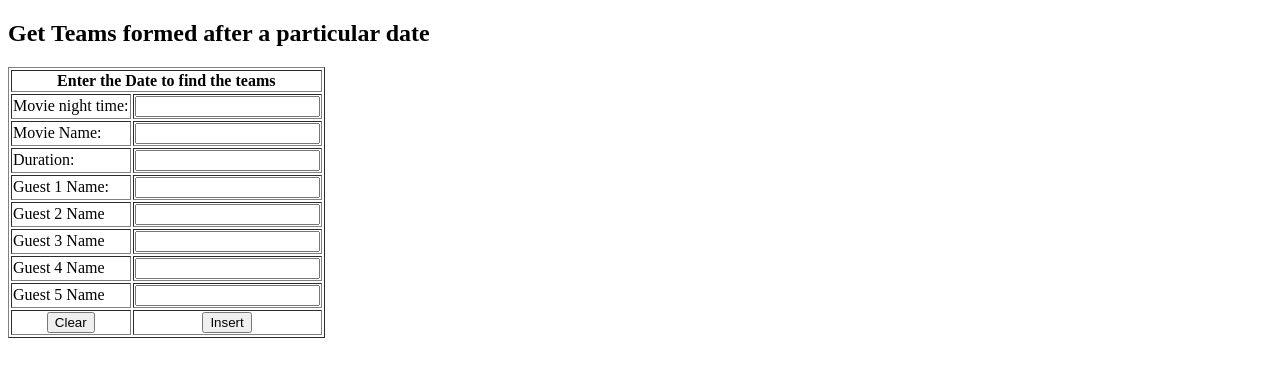
Repository: Harikiran-Madishetti/Patient-Assistance-Network
Page: http://localhost/IP_TASK7/get_teams_form.jsp
These files come from the project's save history. The page is drawn as it stood at one moment and after the next save; the edit follows.
The browser window is 1280 px wide. The pictures show the whole page.
The page is served by Tomcat 9.

Above is the page before, as saved 2020-11-16 07:50:42.

After the next save:
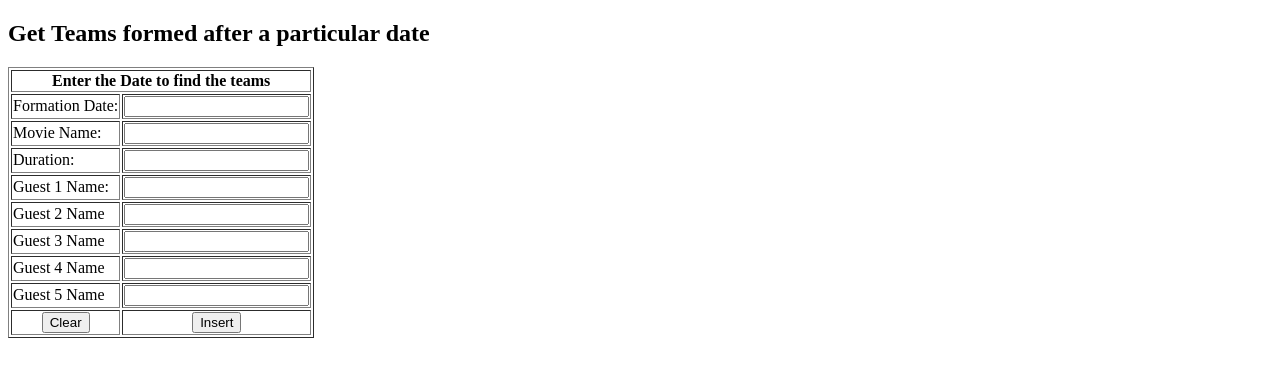
Saved 19 s later.
--- a/JDBC Connector/WEB Application/IP_TASK7/WebContent/get_teams_form.jsp
+++ b/JDBC Connector/WEB Application/IP_TASK7/WebContent/get_teams_form.jsp
@@ -17,7 +17,7 @@
                     <th colspan="2">Enter the Date to find the teams</th>
                 </tr>
                 <tr>
-                    <td>Movie night time:</td>
+                    <td>Formation Date:</td>
                     <td><div style="text-align: center;">
                     <input type=text name=start_time>
                     </div></td>
